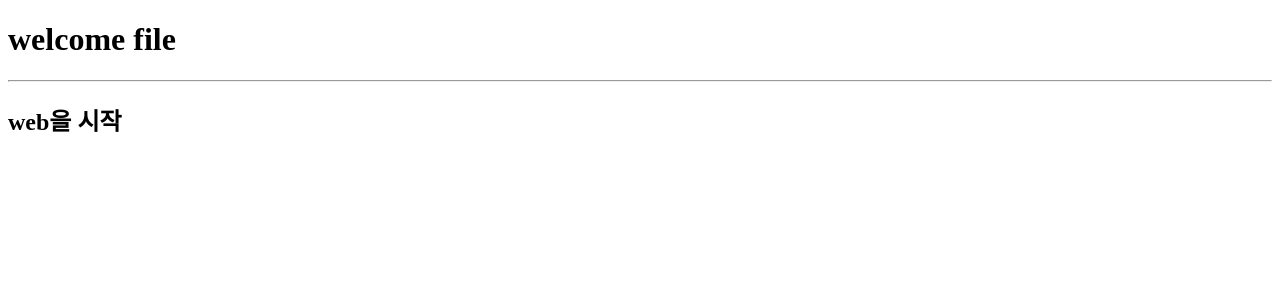
Repository: ghksl0204-shapa/dynamic-web
Page: MyFirstWebProject/src/main/webapp/index.html
An editor plug-in stored every save of this project. The page is shown before and after the next save, followed by the edit.
The browser window is 1280 px wide. The pictures show the whole page.

Above is the page before, as saved 2026-05-04 03:20:15.

After the next save:
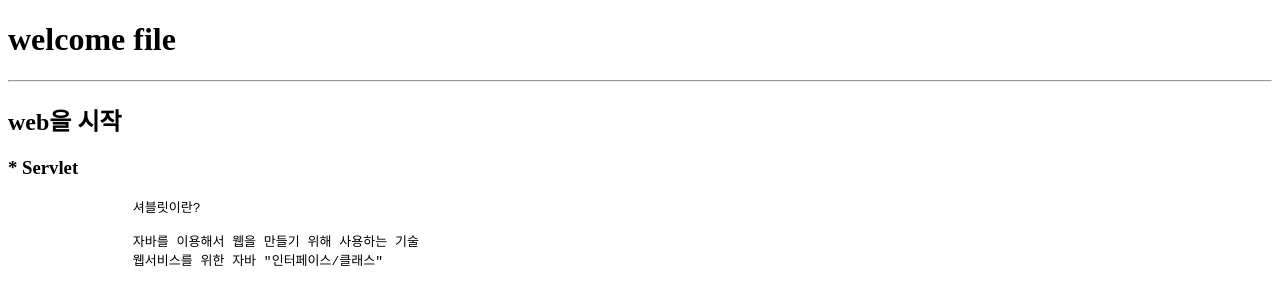
Saved 2 min 12 s later.
--- a/MyFirstWebProject/src/main/webapp/index.html
+++ b/MyFirstWebProject/src/main/webapp/index.html
@@ -43,7 +43,14 @@
 
 	<h2>web을 시작</h2>
 
+	<h3>* Servlet</h3>
 
+	<pre>
+		셔블릿이란?
+
+		자바를 이용해서 웹을 만들기 위해 사용하는 기술
+		웹서비스를 위한 자바 "인터페이스/클래스"
+	</pre>
 
 </body>
 </html>
